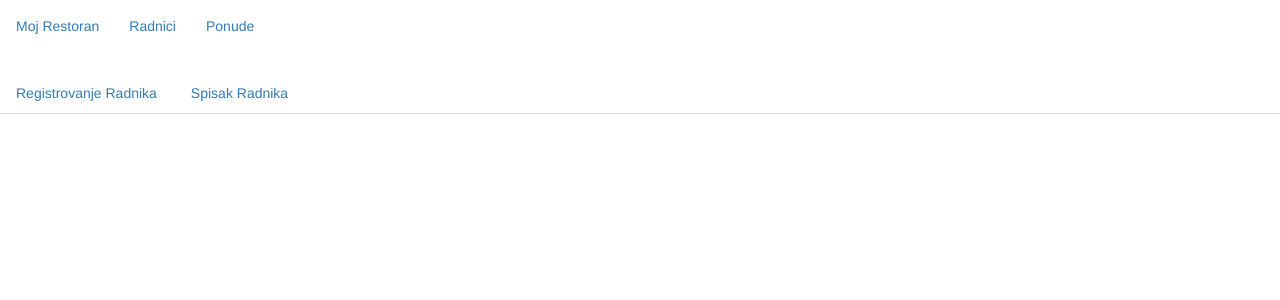
Repository: milanadam94/ISA-2016
Page: jpa-example/src/main/webapp/RestaurantManager/RestaurantManagerWorkers.html
These files come from the project's save history. The page is drawn as it stood at one moment and after the next save; the edit follows.
The browser window is 1280 px wide. The pictures show the whole page.
Some web libraries are served in a nearby version.

Above is the page before, as saved 2017-02-28 10:18:32.

After the next save:
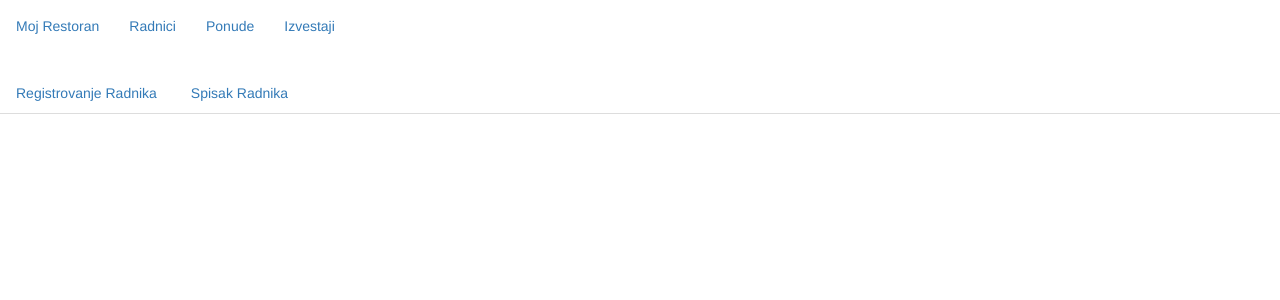
Saved 9 h 29 min later.
--- a/jpa-example/src/main/webapp/RestaurantManager/RestaurantManagerWorkers.html
+++ b/jpa-example/src/main/webapp/RestaurantManager/RestaurantManagerWorkers.html
@@ -31,6 +31,7 @@
 			<li><a href="RestaurantManager.html">Moj Restoran</a></li>
 			<li><a href="RestaurantManagerWorkers.html">Radnici</a></li>
 			<li><a href="RestaurantManagerOfferers.html">Ponude</a></li>
+			<li><a href="RestourantManagerReport.html">Izvestaji</a></li>
 		</ul>
 	</nav>
 	<div>
